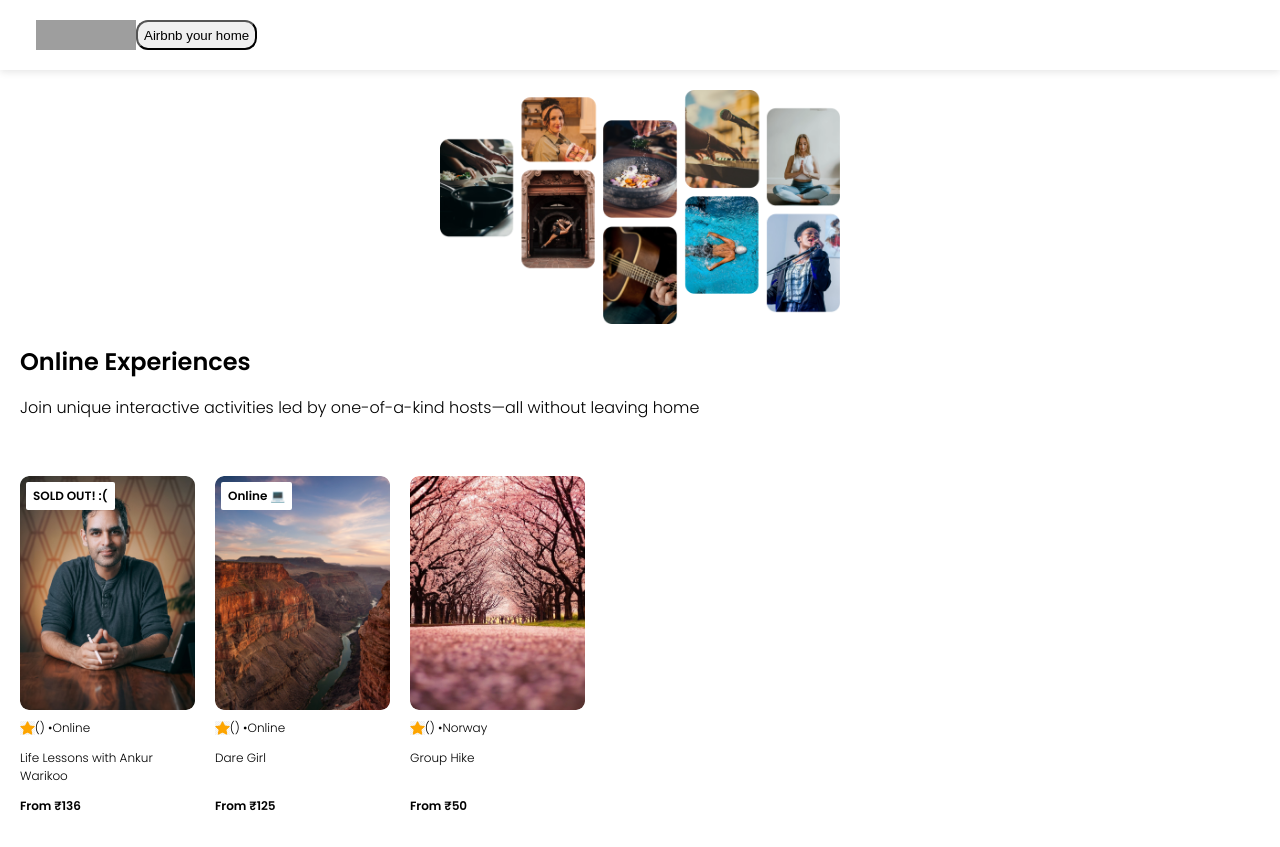
Repository: Sundaram-2001/Airbnb-experience
Page: /
An editor plug-in stored every save of this project. The page is shown before and after the next save, followed by the edit.
The browser window is 1280 px wide. The pictures show the whole page.
Pictures or frames that could not be fetched are drawn as grey boxes. The project was rebuilt for these pictures with package versions that can differ from the ones it lists, and the page was loaded fresh each time.

Above is the page before, as saved 2023-01-26 00:09:41.

### public/index.html
<!DOCTYPE html>
<html lang="en">
  <head>
    <link rel="preconnect" href="https://fonts.googleapis.com">
        <link rel="preconnect" href="https://fonts.gstatic.com" crossorigin>
        <link href="https://fonts.googleapis.com/css2?family=Poppins:wght@300;600&display=swap" rel="stylesheet">
    <meta charset="utf-8" />
    <link rel="icon" href="%PUBLIC_URL%/favicon.ico" />
    <meta name="viewport" content="width=device-width, initial-scale=1" />
    <meta name="theme-color" content="#000000" />
    <meta
      name="description"
      content="Web site created using create-react-app"
    />
    <link rel="apple-touch-icon" href="%PUBLIC_URL%/logo192.png" />

    <link rel="manifest" href="%PUBLIC_URL%/manifest.json" />

    <title>React App</title>
    <link rel="stylesheet" href="styles.css">
  </head>
  <body>
    <script src="index.js"></script>
    <div id="root"></div>

  </body>
</html>

### src/index.js
import React from 'react';
import ReactDOM from 'react-dom';
import App from "./components/App";

ReactDOM.render(<App/>,document.getElementById("root"));

### src/components/App.jsx
import React from 'react';
import ReactDOM from 'react-dom';
import Card from './Card';
import Hero from './Hero';
import Navbar from './Navbar';
import data from "./data";

export default function App(){
  const cards=data.map(item => {
    return(
      <Card

      item={item}
  />



    )


  })
  return (
    <div>
        <Navbar />
        <Hero />
      <section className='cards-list'>
        {cards}
        </section>

    </div>
)
}

### src/components/Card.jsx
import React from 'react';
import ReactDOM from 'react-dom';


function Card(props){
    let badgeText
    if(props.item.openSpots===0){
        badgeText="SOLD OUT! :("
    }
    else if(props.item.location==="Online"){
        badgeText="Online 💻"
    }
    return(
        <div className="card">
           {badgeText && <div className="card--badge">{badgeText}</div>}
            <img src={`../images/${props.item.coverImg}`} className="card--image" />
            <div className="card--stats">
                <img src="../images/download.png" className='card--star' />
                <span>{props.item.rating}</span>
                <span>({props.item.reviewCount}) • </span>
                <span>{props.item.location}</span>
            </div>
            <p className='card--title'> {props.item.title}</p>
            <p className="card--price"><span className="bold">From ₹{props.item.price}</span> </p>

        </div>
    )
}


export default Card;

### src/components/Hero.jsx
import React from 'react';
import ReactDOM from 'react-dom';


function Hero(){
    return(
        <section className='hero'>
            <img  className='hero--photo' src="../images/grid.png" alt="" />
            <h1 className='hero--header'>Online Experiences</h1>
            <p className='hero--text'>Join unique interactive activities led by
            one-of-a-kind hosts—all without leaving home</p>
        </section>
    )
}


export default Hero;//https://user-images.githubusercontent.com/78269625/158746508-4cd3f5a4-b6c4-4799-afe7-30777b1e0f5f.png

### src/components/Navbar.jsx
import React from 'react';
import ReactDOM from 'react-dom';

function Navbar(){
    return(

        <nav>
            <img className='nav--logo' src="../images/airbnb.png" alt="Air-bnb logo" width="120px" />
            <button class = "button">Airbnb your home</button>
        </nav>

    )
}

export default Navbar;

//https://media.designrush.com/inspiration_images/135187/conversions/_1511452487_364_Airbnb-mobile.jpg
//margin: 4px 4px;

### src/components/data.jsx
export default [
    {
        id: 1,
        title: "Life Lessons with Ankur Warikoo",
        description: "I will share with you what I call \"Positively Impactful Moments of Disappointment.\" Throughout my career, many of my highest moments only came after setbacks and losses. But learning from those difficult moments is what gave me the ability to rise above them and reach my goals.",
        price: 136,
        coverImg: "ankur-warikoo.png",
        stats: {
            rating: 5.0,
            reviewCount: 6
        },
        location: "Online",
        openSpots: 0,
    },
    {
        id: 2,
        title: "Dare Girl",
        description: "Interested in becoming a wedding photographer? For beginner and experienced photographers alike, join us in learning techniques required to leave the happy couple with memories that'll last a lifetime.",
        price: 125,
        coverImg: "grand-canyon.png",
        stats: {
            rating: 5.0,
            reviewCount: 30
        },
        location: "Online",
        openSpots: 27,
    },
    {
        id: 3,
        title: "Group Hike",
        description: "Experience the beautiful Norwegian landscape and meet new friends all while conquering rugged terrain on your mountain bike. (Bike provided!)",
        price: 50,
        coverImg: "japan-forest.png",
        stats: {
            rating: 4.8,
            reviewCount: 2
        },
        location: "Norway",
        openSpots: 3,
    }
]

### public/styles.css
* {
    box-sizing: border-box;
}

body {
    margin: 0;
    font-family: 'Poppins', sans-serif;
}
button {
    border-radius: 12px;
    background-color:;
  }

nav {
    height: 70px;
    display: flex;
    padding: 20px 36px;
    box-shadow: 0px 2.98256px 7.4564px rgba(0, 0, 0, 0.1);
}

.bold {
    font-weight: bold;
}

.gray {
    color: #918E9B;
}

.nav--logo {
    max-width: 100px;
}

section {
    padding: 20px;
}

.hero {
    display: flex;
    flex-direction: column;
}

.hero--photo {
    max-width: 400px;
    align-self: center;
}

.hero--header {
    margin-bottom: 16px;
}

.hero--text {
    margin-top: 0;
}

.cards-list {
    display: flex;
    flex-wrap: nowrap;
    gap: 20px;
    overflow-x: auto;
}

.card {
    width: 175px;
    font-size: 12px;
    flex: 0 0 auto;         /* ADD */
    display: flex;          /* ADD */
    flex-direction: column; /* ADD */
    position: relative;
}

.card--image {
    width: 100%;
    border-radius: 9px;
    margin-bottom: 9px;
}

/* ADD */
.card--title {
    overflow: hidden;
    text-overflow: ellipsis;
}

.card--stats {
    display: flex;
    align-items: center;
}

.card--star {
    height: 14px;
}

/* ADD */
.card--price {
    margin-top: auto;
}

.card--badge {
    position: absolute;
    top: 6px;
    left: 6px;
    background-color: white;
    padding: 5px 7px;
    border-radius: 2px;
    font-weight: bold;
}

After the next save:
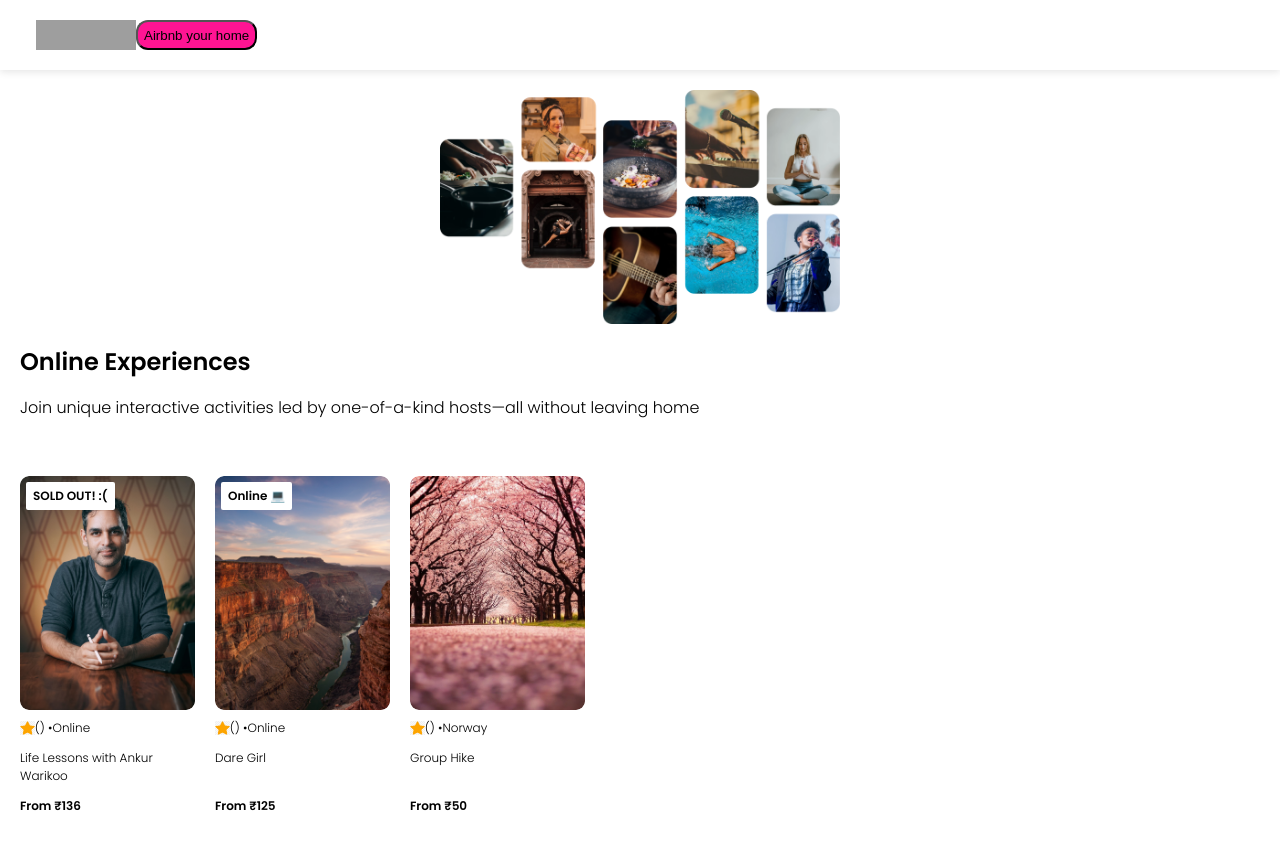
Saved 30 s later.
--- a/public/styles.css
+++ b/public/styles.css
@@ -8,7 +8,7 @@
 }
 button {
     border-radius: 12px;
-    background-color:;
+    background-color:deeppink;
   }
 
 nav {

After the 2 saves that followed:
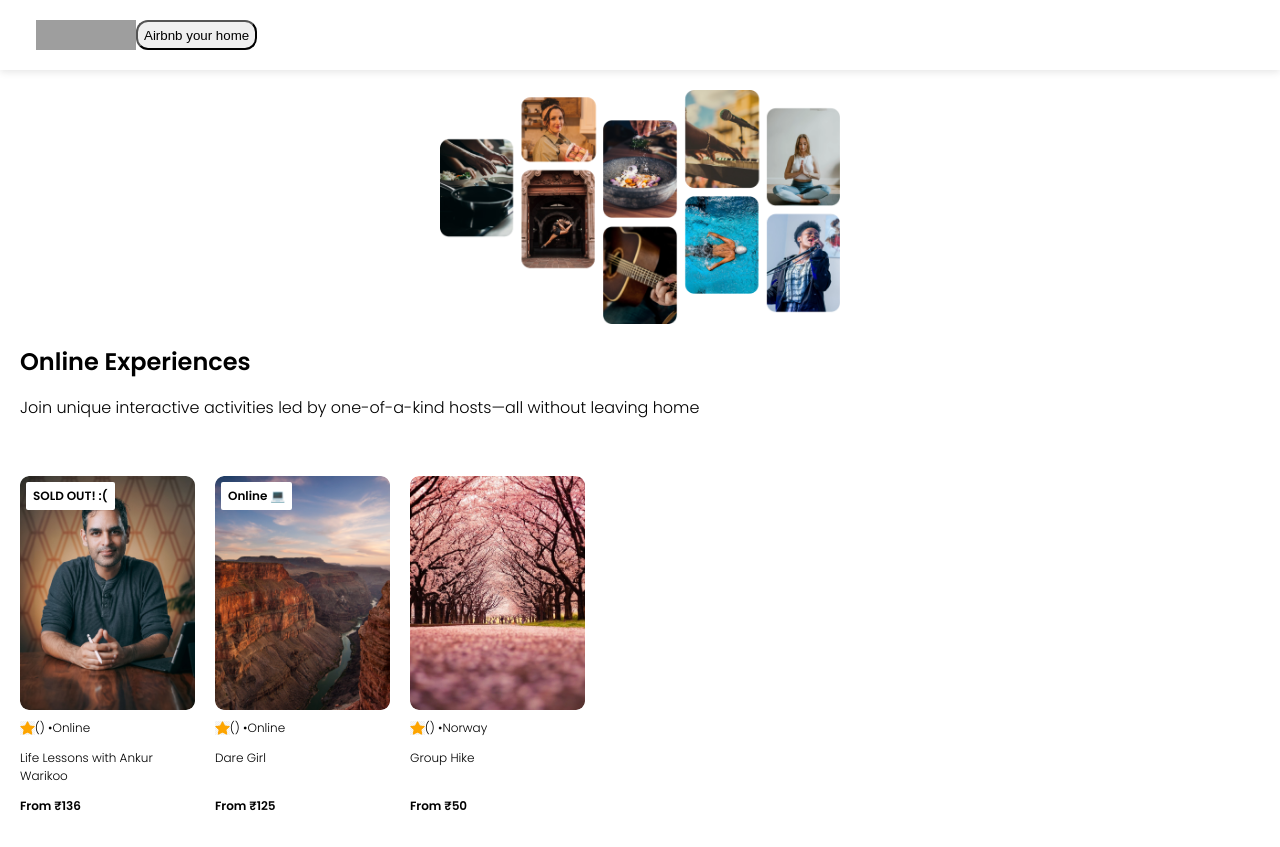
The 2 saves are shown as one change because they came seconds apart.
The last was saved 8 s later.
--- a/public/styles.css
+++ b/public/styles.css
@@ -8,7 +8,7 @@
 }
 button {
     border-radius: 12px;
-    background-color:deeppink;
+    background-color:;
   }
 
 nav {
